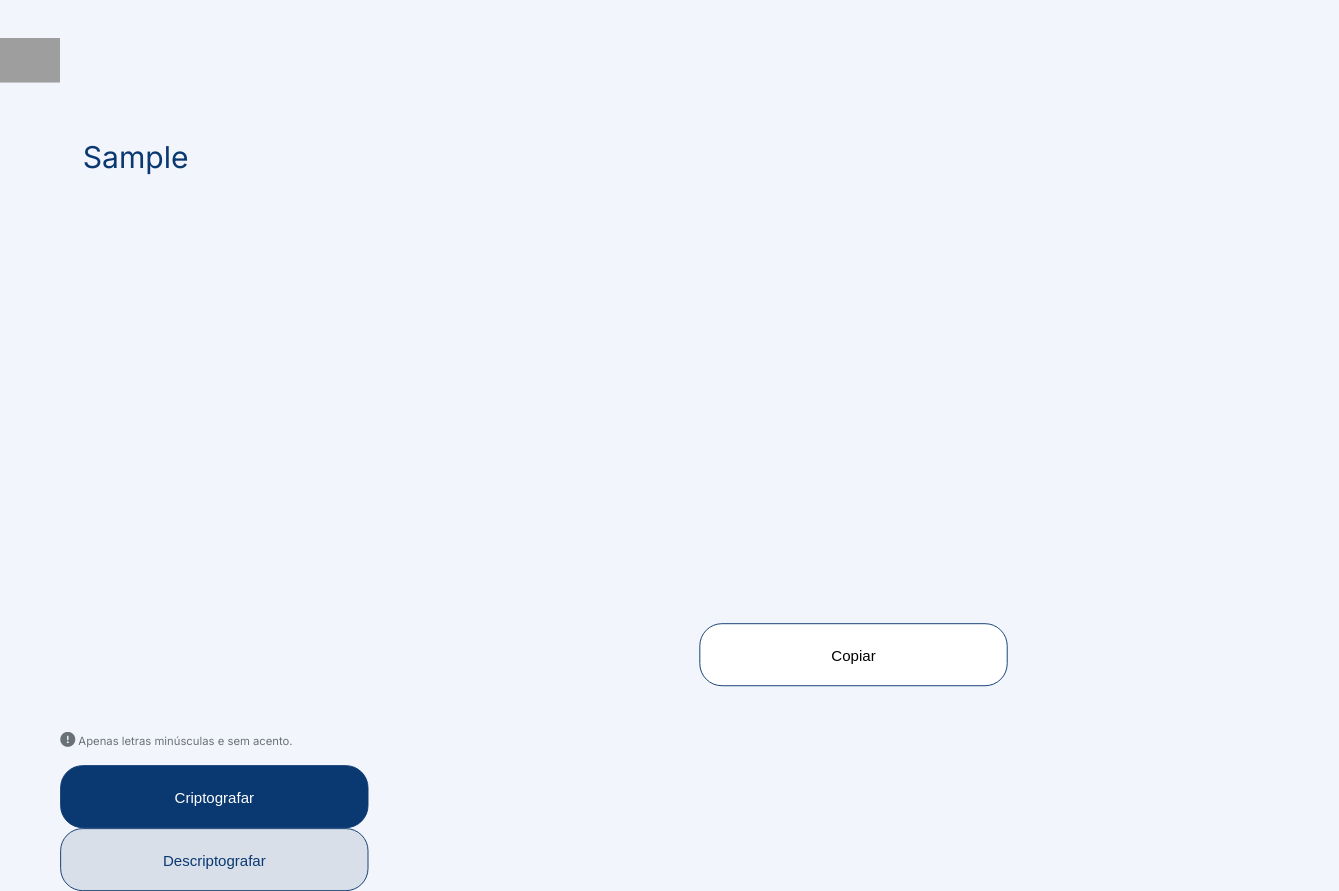
Repository: CarlosEduardoVdeOliveira/descodificador-de-texto
Page: index.html
The author's editor kept a copy of each file at every save. The page is drawn from the files as they stood at one save, then again after the next save.
The browser window is 1280 px wide. The page is 1424 px wide, then 1280 px, then 1424 px, so the pictures cover 1424 px, including what lies to the right of the window. The pictures show the whole page, at 94% of full size.
Empty fields were first filled with sample values (such as "Sample", 5 or name@example.com).
After loading, the first visible `button.button-cryptography` was clicked once.
Pictures or frames that could not be fetched are drawn as grey boxes.

Above is the page before, as saved 2023-04-13 07:35:55.

### index.html
<!DOCTYPE html>
<html lang="en">
<head>
   <meta charset="UTF-8">
   <link rel="preconnect" href="https://fonts.googleapis.com">
   <link rel="preconnect" href="https://fonts.gstatic.com" crossorigin>
   <meta http-equiv="X-UA-Compatible" content="IE=edge">
   <meta name="viewport" content="width=device-width, initial-scale=1.0">
   <link href="https://fonts.googleapis.com/css2?family=Inter:wght@400;700&display=swap" rel="stylesheet">
   <link rel="stylesheet" href="https://cdnjs.cloudflare.com/ajax/libs/font-awesome/6.4.0/css/all.min.css" integrity="sha512-iecdLmaskl7CVkqkXNQ/ZH/XLlvWZOJyj7Yy7tcenmpD1ypASozpmT/E0iPtmFIB46ZmdtAc9eNBvH0H/ZpiBw==" crossorigin="anonymous" referrerpolicy="no-referrer" />
   <link rel="stylesheet" href="/public/styles/reset.css">
   <link rel="stylesheet" href="/public/styles/index.css">
   <title>Decodificador</title>
</head>
<body>
   <main>
      <img src="/public/images/imageLogo.png"
         alt="letra a da logo da escola de programação Alura">
      <div class="frist-area">
         <textarea placeholder="Digite seu texto" autofocus></textarea>
         <span>
            <i class="fa-solid fa-circle-exclamation"></i>
            Apenas letras minúsculas e sem acento.
         </span>
         <div>
            <button class="button-cryptography">Criptografar</button>
            <button class="button-decryption">Descriptografar</button>
         </div>
      </div>
      <div class="text-cryption">
         <img src="/public/images/imageHighLight.svg" alt="">
         <div>
            <h2>Nenhuma mensagem encontrada</h2>
            <p>
               Digite um texto que você deseja criptografar ou descriptografar.
            </p>
         </div>
      </div>
   </main>
   <script src="/public/scripts/index.js"></script>
</body>
</html>

### public/styles/reset.css
:root{
   --light-gray: #D8DFE8;
   --gray-100: #CED4DA;
   --gray-200: #ADB5BD;
   --gray-300: #868E96;
   --gray-400: #495057;
   --gray-500: #343A40;
   --light-blue-100: #F3F5FC;
   --light-blue-200: #EFF1FA;
   --light-blue-300: #E9ECF8;
   --light-blue-400: #AAB2D5;
   --light-blue-500: #757FB2;
   --dark-blue-100: #609ED4;
   --dark-blue-200: #356EA9;
   --dark-blue-300: #0A3871;
   --dark-blue-400: #072B61;
   --dark-blue-500: #052051;
}
*{
   margin: 0;
   padding: 0;
   box-sizing: border-box;
}

html{
   font-family:  'Inter', sans-serif;
   font-size: 1rem;
}

### public/styles/index.css
/* header{
   width: 100%;
   height: 2.5rem;
} */
body{
   background-color: var(--light-blue-100);
}
img{
   width: 8rem;
   height: 3rem;
   margin-top: 2.5rem;
}
main {
   display: flex;
   justify-content: space-around;
   align-items: self-start;
   margin: 0 auto;
}
.frist-area{
   display: flex;
   flex-direction: column;
   margin-top: 7.5rem;
}
textarea{
   width: 42.5rem;
   height: 39.68rem;
   font-family: 'Inter';
   font-size: 32px;
   line-height: 150%;
   background-color: var(--light-blue-100);
   color: var(--dark-blue-300);
   border: none;
   resize: none;
   margin-bottom: 1.5rem;
   padding: 1.5rem;
}
textarea:focus{
   outline: 0;
}

textarea::placeholder{
   color: var(--dark-blue-300);
}

i{
   color: var(--gray-400);
   font-size: 1rem;
}
span{
   font-size: 12px;
   color: var(--gray-400);
   line-height: 150%;
   opacity: 0.8;
   margin-bottom: 1rem;
}
button{
   padding: 1.5rem;
   gap: .5rem;
   width: 328px;
   height: 67px;
   border-radius: 1.5rem;
   cursor: pointer;
   font-size: 1rem;
   line-height: 19px;
   border: 1px solid var(--dark-blue-300);
   transition: all .2s;
}
.button-cryptography{
   background-color: var(--dark-blue-300);
   color: white;
   margin-right: 1.5rem;
}
.button-cryptography:hover{
   background-color: var(--dark-blue-400);
}
.button-decryption{
   background: var(--light-gray);
   color: var(--dark-blue-300);
}
.button-decryption:hover{
   background-color: var(--light-blue-200);
}
.text-cryption{
   width: 25rem;
   margin: 2.5rem;
   padding: 15.188rem 2rem;
   text-align: center;
   background-color: white;
   /* shadow */
   box-shadow: 0px 24px 32px -8px rgba(0, 0, 0, 0.08);
   border-radius: 32px;
}
.text-cryption div{
   display: flex;
   flex-direction: column;

   margin-top: 2rem;
   padding: 0px;
   gap: 16px;
}
.text-cryption img{
   width: 21rem;
   height: 19rem;
}

.format-text-cryption{
   /* padding: 2rem;
   position: relative; */

}

.button-copy-cryption{
   background-color: white;
}
.button-copy-cryption:hover{
   background-color: var(--light-blue-200);
}

### public/scripts/index.js
const elementTextarea = document.querySelector("textarea");
const areaCryption = document.querySelector(".text-cryption");
const buttonCryptography = document.querySelector(".button-cryptography");
const buttonDecryption = document.querySelector(".button-decryption");


function alterTextCryptionArea(){
   areaCryption.classList.remove('text-cryption')
   areaCryption.innerHTML = `
      <textarea class="format-text-cryption" value="${elementTextarea.value}"></textarea>
      <button class="button-copy-cryption">Copiar</button>
   `;
}
/* function copyText(){
   const text = document.querySelector("format-text-cryption")
   text.select();
   document.execCommand('copy');
}
document.querySelector("button-copy-cryption").onclick = copyText */
buttonCryptography.onclick = alterTextCryptionArea
buttonDecryption.onclick = alterTextCryptionArea

After the next save:
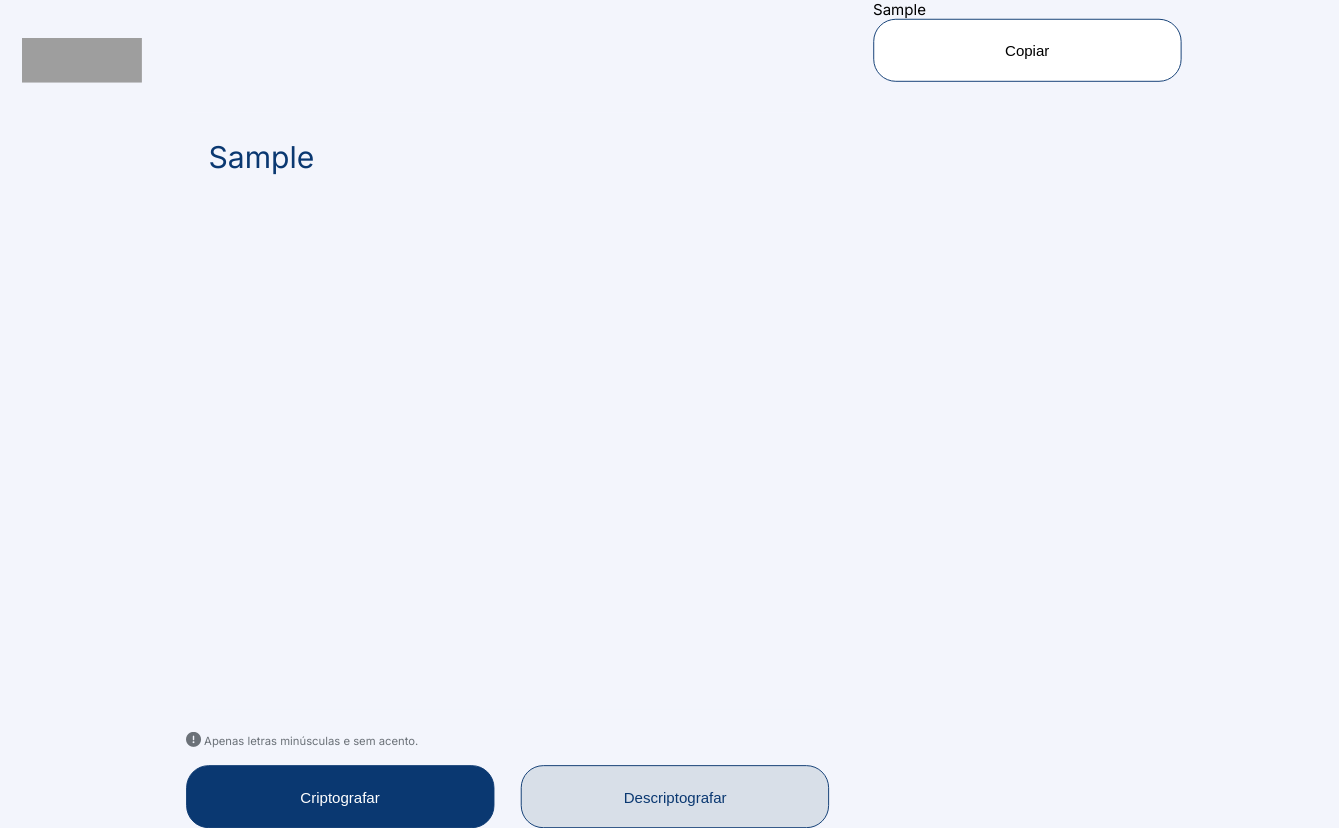
Saved 2 min 18 s later.
--- a/public/scripts/index.js
+++ b/public/scripts/index.js
@@ -7,7 +7,7 @@
 function alterTextCryptionArea(){
    areaCryption.classList.remove('text-cryption')
    areaCryption.innerHTML = `
-      <textarea class="format-text-cryption" value="${elementTextarea.value}"></textarea>
+      <p class="format-text-cryption">${elementTextarea.value}</p>
       <button class="button-copy-cryption">Copiar</button>
    `;
 }

After the save that followed:
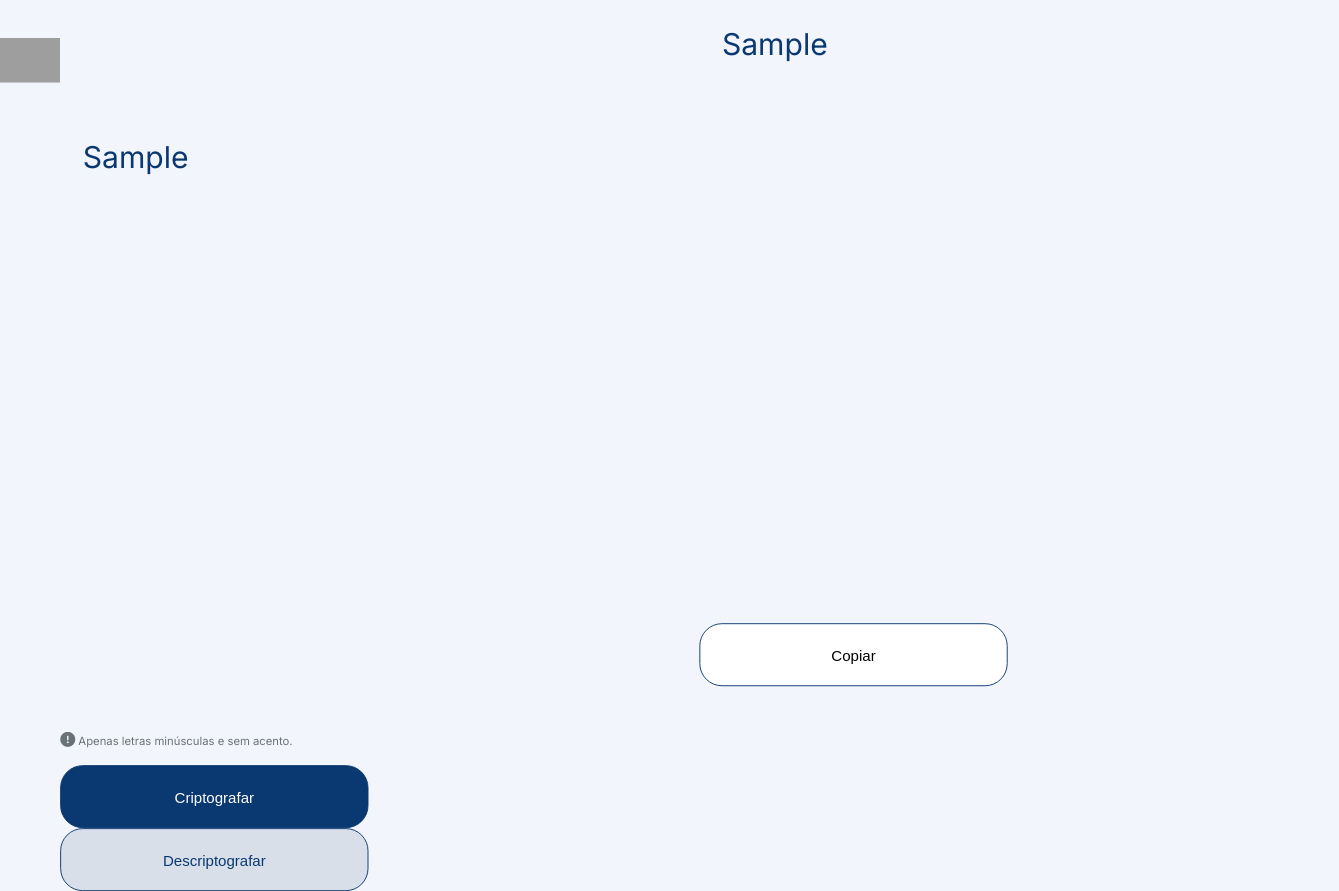
Saved 28 s later.
--- a/public/scripts/index.js
+++ b/public/scripts/index.js
@@ -7,7 +7,7 @@
 function alterTextCryptionArea(){
    areaCryption.classList.remove('text-cryption')
    areaCryption.innerHTML = `
-      <p class="format-text-cryption">${elementTextarea.value}</p>
+      <textarea class="format-text-cryption" value="">${elementTextarea.value}</textarea>
       <button class="button-copy-cryption">Copiar</button>
    `;
 }
